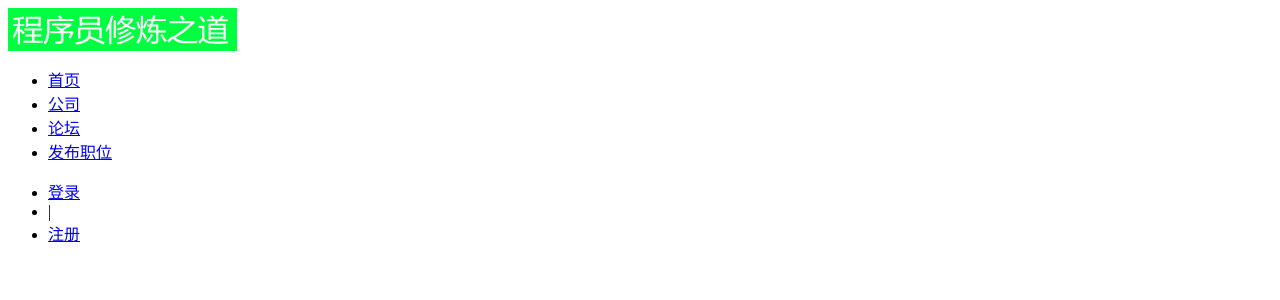
Repository: honglei92/javaweb_EE
Page: apple/WebContent/index.html
These files come from the project's save history. The page is drawn as it stood at one moment and after the next save; the edit follows.
The browser window is 1280 px wide. The pictures show the whole page.

Above is the page before, as saved 2013-09-01 10:45:04.

### apple/WebContent/index.html
<!DOCTYPE html PUBLIC "-//W3C//DTD HTML 4.01 Transitional//EN" "http://www.w3.org/TR/html4/loose.dtd">
<html xmlns:wb=“http://open.weibo.com/wb”>
<head>
<link rel="Shortcut Icon" href="images/favicon.ico">
<link rel="stylesheet" >
<meta http-equiv="Content-Type" content="text/html; charset=UTF-8">
<title>&nbsp;王宏雷&nbsp;-&nbsp;致力成为注重实效的程序员</title>
<script src="http://tjs.sjs.sinajs.cn/open/api/js/wb.js" type="text/javascript" charset="utf-8"></script>
</head>
<body>
	<div id="body">
		<div id="header">
			<div class="wrapper">
				<a href="/" class="logo"> <img src="iamges/logo.png" width="229"
					height="43">
				</a>

				<ul class="reset" id="navheader">
				<li class="current"><a href="/">首页</a></li>
				<li><a href="/c/companylist.html">公司</a></li>
				<li><a href="/forum/list.html">论坛</a></li>
				<li><a href="/jobs/add.html">发布职位</a></li>
				</ul>

				<ul class="loginTop">
				<li><a href="/login.html" rel="nofollow">登录</a></li>
				<li>|</li>
				<li><a href="/register.html" rel="nofollow">注册</a></li>
				</ul>

				<wb:follow-button uid="1801806580" type="red_1" width="67" height="24" id="wbfocus"></wb:follow-button>
				<script type="text/javascript">

				</script>
			</div>
		</div>

		<div id="container"></div>
		<div id="footer"></div>
	</div>
</body>
</html>

### apple/WebContent/css/style.css
@charset="utf-8";
html,body{
	height:100%;
}

body{
	margin: 0;
	padding: 0;
	font: 14px/22px "微软雅黑","宋体","Arail";
	color: #333;
}

#header{
	height: 60px;
	background:#fafafa;
	border-top:3px,solid,#019875;
}

After the next save:
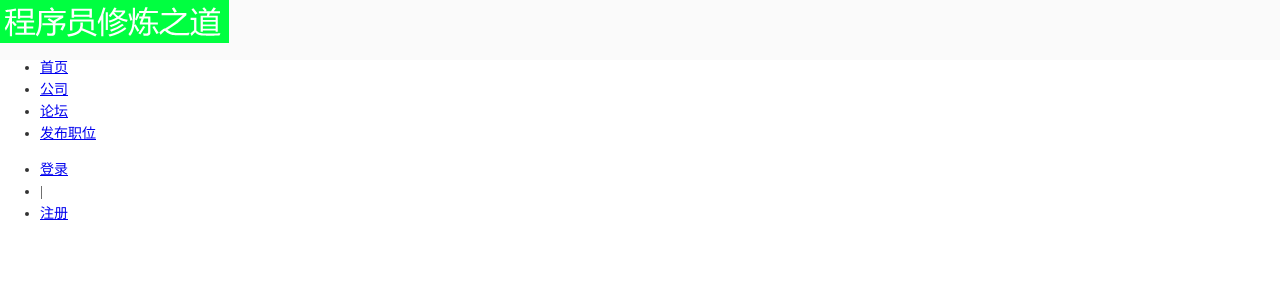
Saved 25 s later.
--- a/apple/WebContent/index.html
+++ b/apple/WebContent/index.html
@@ -2,7 +2,7 @@
 <html xmlns:wb=“http://open.weibo.com/wb”>
 <head>
 <link rel="Shortcut Icon" href="images/favicon.ico">
-<link rel="stylesheet" >
+<link rel="stylesheet" type="text/css" href="css/style.css">
 <meta http-equiv="Content-Type" content="text/html; charset=UTF-8">
 <title>&nbsp;王宏雷&nbsp;-&nbsp;致力成为注重实效的程序员</title>
 <script src="http://tjs.sjs.sinajs.cn/open/api/js/wb.js" type="text/javascript" charset="utf-8"></script>
